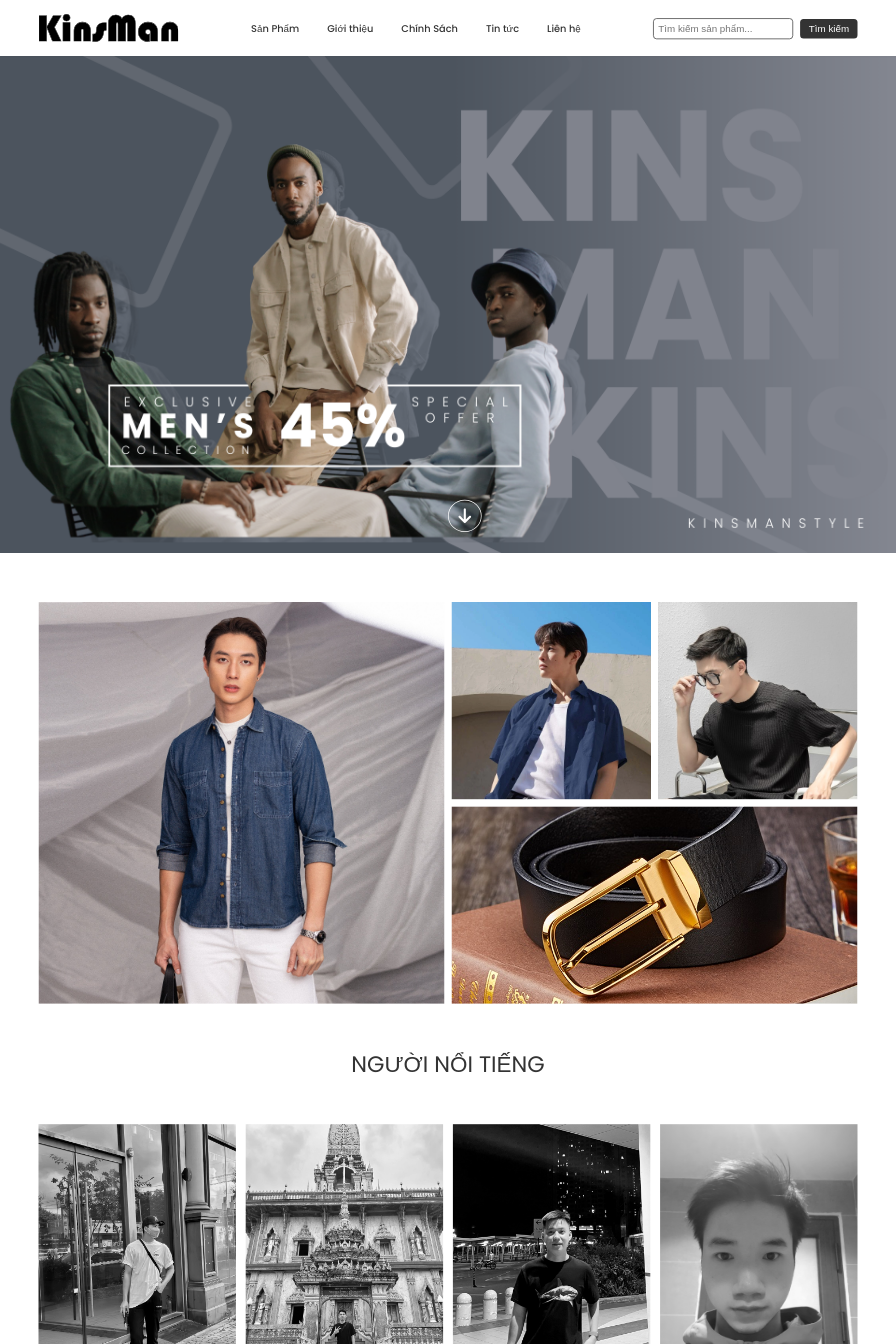
Repository: hoang28092000/kinsmanClothes
Page: index.html
These files come from the project's save history. The page is drawn as it stood at one moment and after the next save; the edit follows.
The browser window is 1280 px wide. The pictures show the part of the page from y = 0 to 1920 px (the page is 3595 px tall), at 70% of full size.

Above is the page before, as saved 2025-05-12 20:14:54.

After the next save:
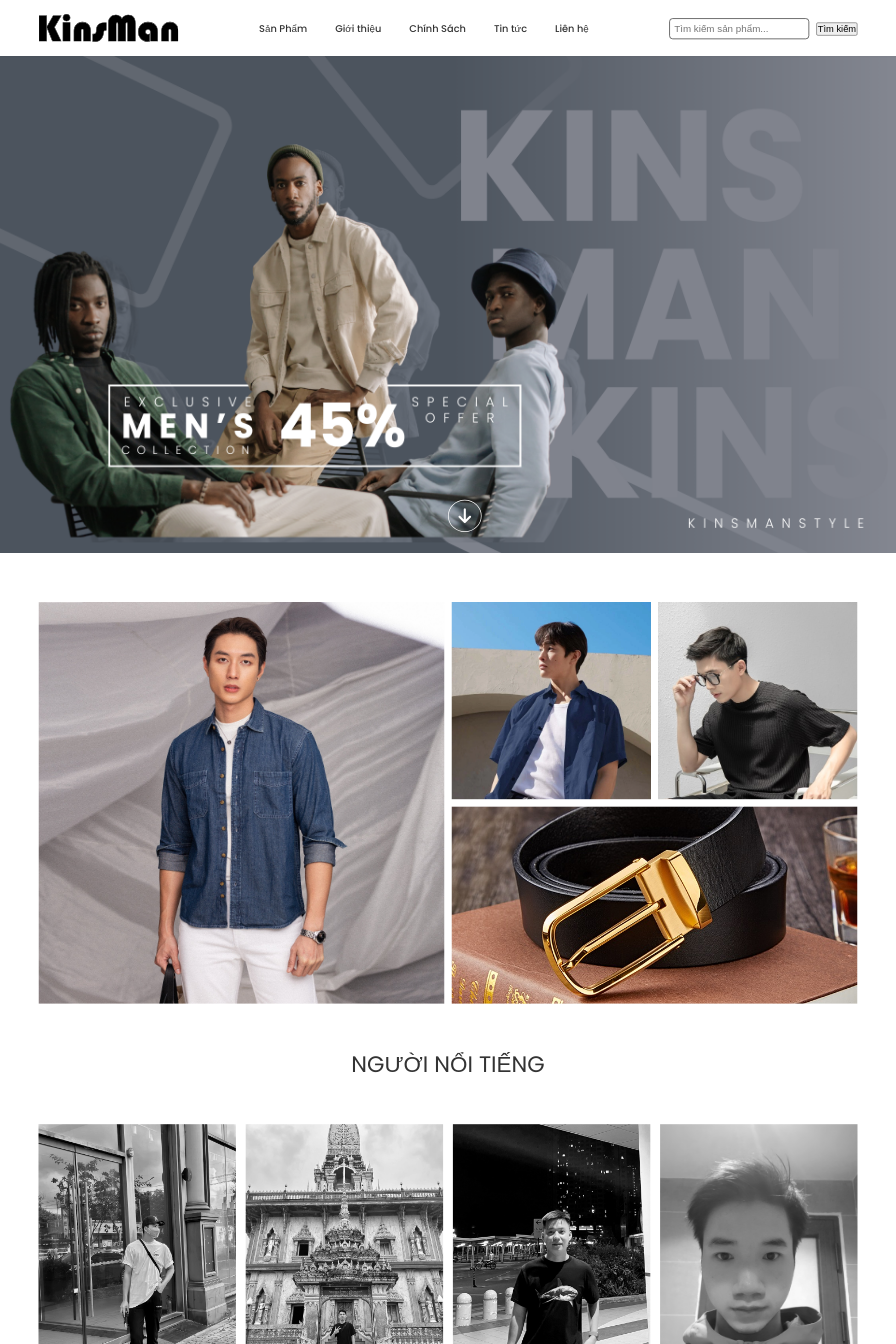
Saved 14 s later.
--- a/index.html
+++ b/index.html
@@ -44,7 +44,7 @@
           </nav>
           <form class="search-box">
             <input type="text" id="search-input" placeholder="Tìm kiếm sản phẩm..." />
-            <button type="submit" id="search-button">Tìm kiếm</button>
+            <button type="button" id="search-button">Tìm kiếm</button>
           </form>
         </div>
       </div>
